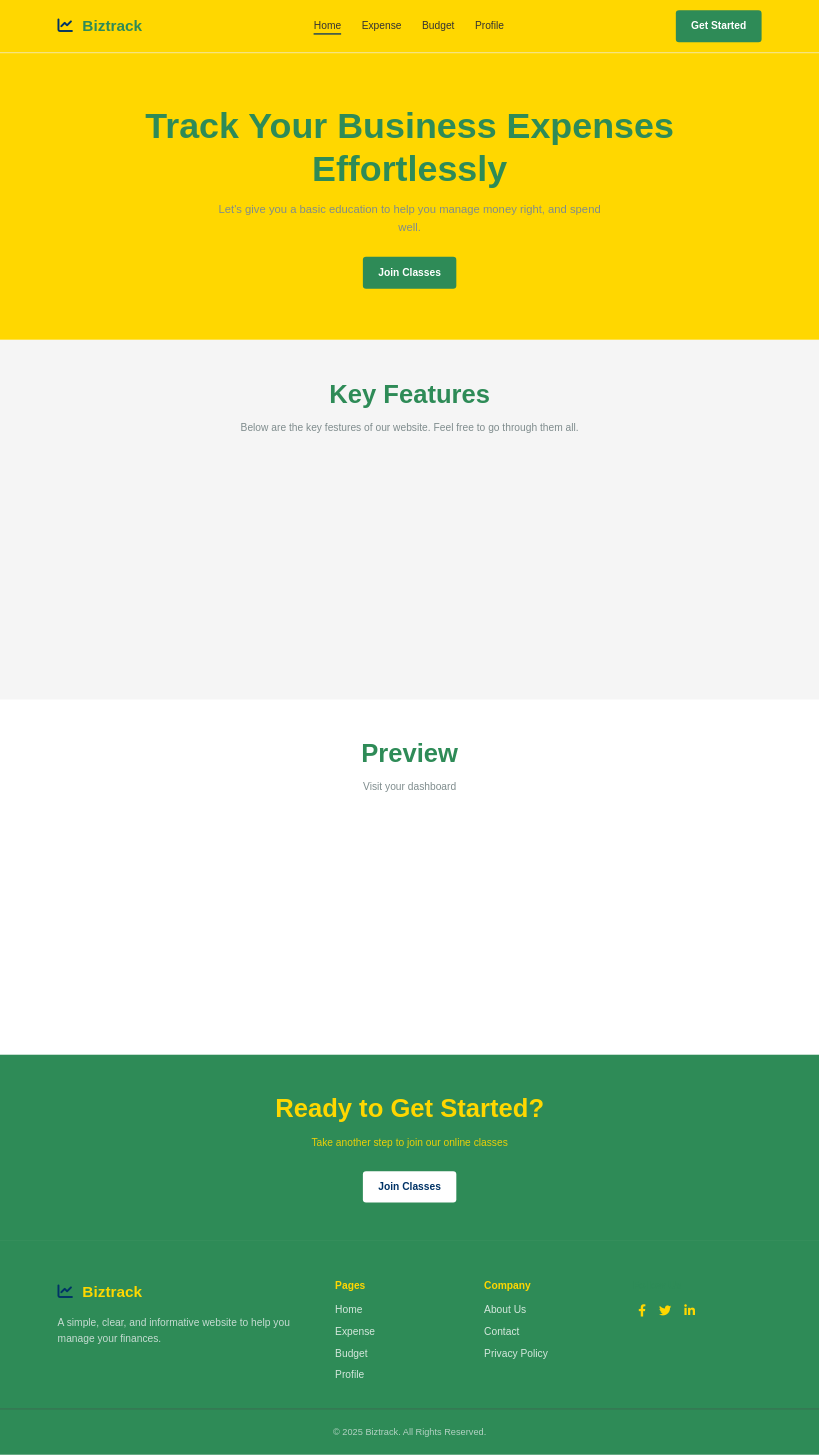
Repository: JoyUdoh106/wdd131
Page: project/index.html
These files come from the project's save history. The page is drawn as it stood at one moment and after the next save; the edit follows.
The browser window is 1280 px wide. The pictures show the whole page, at 64% of full size.

Above is the page before, as saved 2025-08-10 19:36:14.
Console error: TypeError: Cannot set properties of null (setting 'textContent')

### project/index.html
<!DOCTYPE html>
<html lang="en">
<head>
    <meta charset="UTF-8">
    <meta name="viewport" content="width=device-width, initial-scale=1.0">
    <title>BIZTRACK - Track Expense and Budget - HOME PAGE</title>
    <meta name="description" content="An informational website on tracking expenses and making budgets - Home page">
    <meta name="author" content="Joy Paulinus Udoh">

    <link rel="stylesheet" href="styles/project.css">
    <script src="scripts/project.js" defer></script>
    <link rel="stylesheet" href="styles/project-large.css">
    <link rel="stylesheet" href="https://cdnjs.cloudflare.com/ajax/libs/font-awesome/6.4.0/css/all.min.css">

    <link rel="preconnect" href="https://fonts.googleapis.com">
    <link rel="preconnect" href="https://fonts.gstatic.com" crossorigin>
    <link href="https://fonts.googleapis.com/css2?family=Merriweather:wght@300;400&family=Roboto:ital,wght@0,100..900;1,100..900&display=swap" rel="stylesheet">
</head>
<body>
    <header>
        <div class="container header-container">
            <a href="index.html" class="logo"><i class="fas fa-chart-line"></i> Biztrack</a>
            <nav class="main-nav">
                <ul class="nav-links">
                    <li><a href="index.html" class="nav-link active">Home</a></li>
                    <li><a href="expense.html" class="nav-link">Expense</a></li>
                    <li><a href="budget.html" class="nav-link">Budget</a></li>
                    <li><a href="profile.html" class="nav-link">Profile</a></li>
                </ul>
            </nav>
            <a href="#" class="btn btn-primary get-started-btn">Get Started</a>
            <button class="nav-toggle" id="nav-toggle-btn">
                <i class="fas fa-bars"></i>
            </button>
        </div>
    </header>

    <div class="mobile-nav" id="mobile-nav-menu">
        <a href="index.html" class="nav-link active">Home</a>
        <a href="expense.html" class="nav-link">Expense</a>
        <a href="budget.html" class="nav-link">Budget</a>
        <a href="profile.html" class="nav-link">Profile</a>
    </div>

    <main>
        <section class="hero-section">
            <div class="container">
                <h1>Track Your Business Expenses Effortlessly</h1>
                <p>Let's give you a basic education to help you manage money right, and spend well.</p>
                <a href="#" class="btn btn-primary">Join Classes</a>
            </div>
        </section>

        <section class="features-section">
            <div class="container">
                <h2>Key Features</h2>
                <p>Below are the key festures of our website. Feel free to go through them all.</p>
                <div class="features-grid">
                    <div class="feature-card reveal">
                        <i class="fas fa-file-invoice-dollar icon"></i>
                        <h3>Expense Tracking</h3>
                        <p>Learn how to track your expenses, and how you spend money daily, weekly and monthly.</p>
                    </div>
                    <div class="feature-card reveal">
                        <i class="fas fa-wallet icon"></i>
                        <h3>Budget Management</h3>
                        <p>Learn how to set up a budget, types of budget, and common mistakes to avoid while making a budget</p>
                    </div>
                    <div class="feature-card reveal">
                        <i class="fas fa-chart-pie icon"></i>
                        <h3>Analytics Dashboard</h3>
                        <p>Check out the profile page.</p>
                    </div>
                    <div class="feature-card reveal">
                        <i class="fas fa-file-alt icon"></i>
                        <h3>Report Generation</h3>
                        <p>Watch your progress.</p>
                    </div>
                </div>
            </div>
        </section>

        <section class="preview-section">
            <div class="container">
                <h2>Preview</h2>
                <p>Visit your dashboard</p>
                <div class="dashboard-preview reveal">
                    <i class="fas fa-desktop"></i>
                    <p>Dashboard Preview</p>
                </div>
            </div>
        </section>

        <section class="cta-section">
            <div class="container">
                <h2>Ready to Get Started?</h2>
                <p>Take another step to join our online classes</p>
                <a href="#" class="btn btn-light">Join Classes</a>
            </div>
        </section>
    </main>
     <footer>
        <div class="container footer-container">
            <div class="footer-about">
                <a href="index.html" class="logo"><i class="fas fa-chart-line"></i> Biztrack</a>
                <p>A simple, clear, and informative website to help you manage your finances.</p>
            </div>
            <div class="footer-links">
                <h4>Pages</h4>
                <ul>
                    <li><a href="index.html">Home</a></li>
                    <li><a href="expense.html">Expense</a></li>
                    <li><a href="budget.html">Budget</a></li>
                    <li><a href="profile.html">Profile</a></li>
                </ul>
            </div>
            <div class="footer-links">
                <h4>Company</h4>
                <ul>
                    <li><a href="#">About Us</a></li>
                    <li><a href="#">Contact</a></li>
                    <li><a href="#">Privacy Policy</a></li>
                </ul>
            </div>
            <div class="footer-social">
                <h4>Follow Us</h4>
                <div class="social-icons">
                    <a href="https://facebook.com/joypaulinusudoh"><i class="fab fa-facebook-f"></i></a>
                    <a href="https://twitter.com"><i class="fab fa-twitter"></i></a>
                    <a href="https://linkedin.com/in/joypaulinusudoh"><i class="fab fa-linkedin-in"></i></a>
                </div>
            </div>
        </div>
        <div class="footer-bottom">
            <p>&copy; 2025 Biztrack. All Rights Reserved.</p>
        </div>
    </footer>

    <nav class="mobile-bottom-nav">
        <a href="index.html" class="bottom-nav-link active">
            <i class="fas fa-home"></i>
            <span>Home</span>
        </a>
        <a href="expense.html" class="bottom-nav-link">
            <i class="fas fa-file-invoice-dollar"></i>
            <span>Expense</span>
        </a>
        <a href="budget.html" class="bottom-nav-link">
            <i class="fas fa-wallet"></i>
            <span>Budget</span>
        </a>
        <a href="profile.html" class="bottom-nav-link">
            <i class="fas fa-user"></i>
            <span>Profile</span>
        </a>
    </nav>

</body>
</html>

### project/styles/project.css
:root {
    --primary-color: #003366;
    --dark-color: #2e8b57;
    --light-color: #ffd700;
    --text-color: #333333;
    --bg-color: #f5f5f5;
    --grey-color: #7f8c8d;
    --border-color: #ecf0f1;
}

* {
    margin: 0;
    padding: 0;
    box-sizing: border-box;
}

body {
    font-family: 'Poppins', sans-serif;
    color: var(--text-color);
    background-color: #ffffff;
    line-height: 1.6;
}

.container {
    width: 90%;
    max-width: 1100px;
    margin: 0 auto;
}

a {
    text-decoration: none;
    color: var(--primary-color);
}

ul {
    list-style-type: none;
}

h1, h2, h3, h4 {
    color: var(--dark-color);
    line-height: 1.2;
    margin-bottom: 1rem;
}

h1 { font-size: 2.5rem; }
h2 { font-size: 2rem; }

section {
    padding: 60px 0;
}

.btn {
    display: inline-block;
    padding: 12px 24px;
    border-radius: 5px;
    font-weight: 600;
    transition: background-color 0.3s ease, color 0.3s ease;
    border: none;
    cursor: pointer;
}

.btn-primary {
    background-color: var(--dark-color);
    color: #ffffff;
}

.btn-primary:hover {
    background-color: #004488;
}

.btn-light {
    background-color: #ffffff;
    color: var(--primary-color);
}
.btn-light:hover {
    background-color: var(--border-color);
}

header {
    background-color: var(--light-color);
    border-bottom: 1px solid var(--border-color);
    padding: 1rem 0;
    position: sticky;
    top: 0;
    z-index: 1000;
}

.header-container {
    display: flex;
    justify-content: space-between;
    align-items: center;
}

.logo {
    font-size: 1.5rem;
    font-weight: 700;
    color: var(--dark-color);
}
.logo i {
    margin-right: 8px;
    color: var(--primary-color);
}

.main-nav { display: none; }
.nav-toggle {
    background: none;
    border: none;
    font-size: 1.5rem;
    color: var(--dark-color);
    cursor: pointer;
}
.get-started-btn { display: none; }

.mobile-nav {
    display: none;
    flex-direction: column;
    background-color: var(--light-color);
    position: fixed;
    top: 65px;
    left: 0;
    width: 100%;
    padding: 1rem 0;
    border-bottom: 1px solid var(--border-color);
    z-index: 999;
}
.mobile-nav.open {
    display: flex;
}
.mobile-nav a {
    padding: 1rem 5%;
    color: var(--dark-color);
    font-weight: 500;
}
.mobile-nav a.active {
    color: var(--primary-color);
    font-weight: 700;
}

.hero-section {
    background-color: var(--light-color);
    text-align: center;
    padding: 80px 0;
}
.hero-section h1 {
    font-size: 2.2rem;
}
.hero-section p {
    max-width: 600px;
    margin: 1rem auto 2rem;
    font-size: 1.1rem;
    color: var(--grey-color);
}

.features-section {
    background-color: var(--bg-color);
    text-align: center;
}
.features-section > .container > p {
    max-width: 600px;
    margin: 0 auto 3rem;
    color: var(--grey-color);
}
.features-grid {
    display: grid;
    grid-template-columns: 1fr;
    gap: 2rem;
}
.feature-card {
    background-color: var(--light-color);
    padding: 2rem;
    border: 1px solid var(--border-color);
    border-radius: 8px;
    text-align: left;
    transition: transform 0.3s ease, box-shadow 0.3s ease;
}
.feature-card:hover {
    transform: translateY(-5px);
    box-shadow: 0 10px 20px rgba(0,0,0,0.05);
}
.feature-card .icon {
    font-size: 2rem;
    color: var(--primary-color);
    background-color: #fffbeb;
    padding: 1rem;
    border-radius: 50%;
    margin-bottom: 1rem;
    display: inline-block;
}
.feature-card h3 {
    margin-bottom: 0.5rem;
}

.preview-section {
    text-align: center;
}
.preview-section p {
     max-width: 600px;
    margin: 0 auto 3rem;
    color: var(--grey-color);
}
.dashboard-preview {
    background-color: #e9ecef;
    border-radius: 8px;
    padding: 80px 20px;
    display: flex;
    flex-direction: column;
    justify-content: center;
    align-items: center;
    color: var(--grey-color);
}
.dashboard-preview i {
    font-size: 3rem;
    margin-bottom: 1rem;
}

.cta-section {
    background-color: var(--dark-color);
    color: var(--light-color);
    text-align: center;
}
.cta-section h2 { color: var(--light-color); }
.cta-section p {
    margin-bottom: 2rem;
    opacity: 0.9;
}

footer {
    background-color: var(--dark-color);
    color: var(--bg-color);
    padding-top: 60px;
}
.footer-container {
    display: grid;
    grid-template-columns: 1fr;
    gap: 2rem;
    text-align: center;
}
.footer-about .logo {
    color: var(--light-color);
}
.footer-about p {
    margin-top: 1rem;
    color: var(--border-color);
    opacity: 0.8;
}
.footer-links h4 {
    color: var(--light-color);
    margin-bottom: 1rem;
}
.footer-links ul li {
    margin-bottom: 0.5rem;
}
.footer-links a {
    color: #ffffff;
    opacity: 0.8;
    transition: opacity 0.3s ease;
}
.footer-links a:hover {
    opacity: 1;
}
.social-icons a {
    color: var(--light-color);
    font-size: 1.2rem;
    margin: 0 0.5rem;
    transition: color 0.3s ease;
}
.social-icons a:hover {
    color: var(--primary-color);
}

.footer-bottom {
    text-align: center;
    padding: 1.5rem 0;
    margin-top: 2rem;
    border-top: 1px solid #4a4a4a;
    font-size: 0.9rem;
    color: var(--border-color);
    opacity: 0.7;
}

.mobile-bottom-nav {
    position: fixed;
    bottom: 0;
    left: 0;
    width: 100%;
    background-color: var(--light-color);
    border-top: 1px solid var(--border-color);
    display: flex;
    justify-content: space-around;
    padding: 0.5rem 0;
    z-index: 1000;
}
.bottom-nav-link {
    display: flex;
    flex-direction: column;
    align-items: center;
    color: var(--grey-color);
    font-size: 0.75rem;
}
.bottom-nav-link i {
    font-size: 1.2rem;
    margin-bottom: 4px;
}
.bottom-nav-link.active {
    color: var(--primary-color);
}

body {
    padding-bottom: 70px;
}

.content-page {
    padding: 60px 0;
}
.content-page h1 {
    text-align: center;
}
.content-page .subtitle {
    text-align: center;
    font-size: 1.1rem;
    color: var(--grey-color);
    margin-bottom: 3rem;
}
.content-article {
    margin-bottom: 2.5rem;
    background: #fff;
    padding: 2rem;
    border: 1px solid var(--border-color);
    border-radius: 8px;
}
.content-article ul {
    list-style-type: disc;
    padding-left: 20px;
}
.content-article ul li {
    margin-bottom: 0.5rem;
}
.sample-data {
    background-color: var(--bg-color);
    border-left: 4px solid var(--primary-color);
    padding: 1rem;
    margin-top: 1rem;
    border-radius: 4px;
}

.reveal {
    opacity: 0;
    transform: translateY(20px);
    transition: opacity 0.6s ease-out, transform 0.6s ease-out;
}
.reveal.visible {
    opacity: 1;
    transform: translateY(0);
}

### project/scripts/project.js
document.addEventListener('DOMContentLoaded', () => {

    const currentYearSpan = document.getElementById('current-year');
    const currentYear = new Date().getFullYear();
    currentYearSpan.textContent = currentYear;

    const lastModifiedSpan = document.getElementById('last-modified');
    const lastModified = document.lastModified;
    lastModifiedSpan.textContent = lastModified;

    const menuButton = document.getElementById('menu-button');
    const nav = document.querySelector('nav');

    menuButton.addEventListener('click', () => {
        nav.classList.toggle('open');
        if (nav.classList.contains('open')) {
            menuButton.textContent = 'X';
        } else {
            menuButton.textContent = '☰';
        }
    });

});

### project/styles/project-large.css
@media (min-width: 768px) {
    h1 { font-size: 3rem; }
    h2 { font-size: 2.5rem; }

    .nav-toggle, .mobile-nav, .mobile-bottom-nav {
        display: none;
    }
    body { padding-bottom: 0; }

    .main-nav {
        display: block;
    }
    .nav-links {
        display: flex;
        gap: 2rem;
        align-items: center;
    }
    .nav-link {
        color: var(--text-color);
        font-weight: 500;
        position: relative;
    }
    .nav-link::after {
        content: '';
        position: absolute;
        width: 0;
        height: 2px;
        bottom: -5px;
        left: 0;
        background-color: var(--primary-color);
        transition: width 0.3s;
    }
    .nav-link:hover::after, .nav-link.active::after {
        width: 100%;
    }
    .get-started-btn { display: inline-block; }
    .hero-section h1 { font-size: 3.5rem; }

    .features-grid {
        grid-template-columns: repeat(2, 1fr);
    }

    .footer-container {
        grid-template-columns: 2fr 1fr 1fr 1fr;
        text-align: left;
    }
}

@media (min-width: 992px) {
    .features-grid {
        grid-template-columns: repeat(4, 1fr);
    }
}

After the next save:
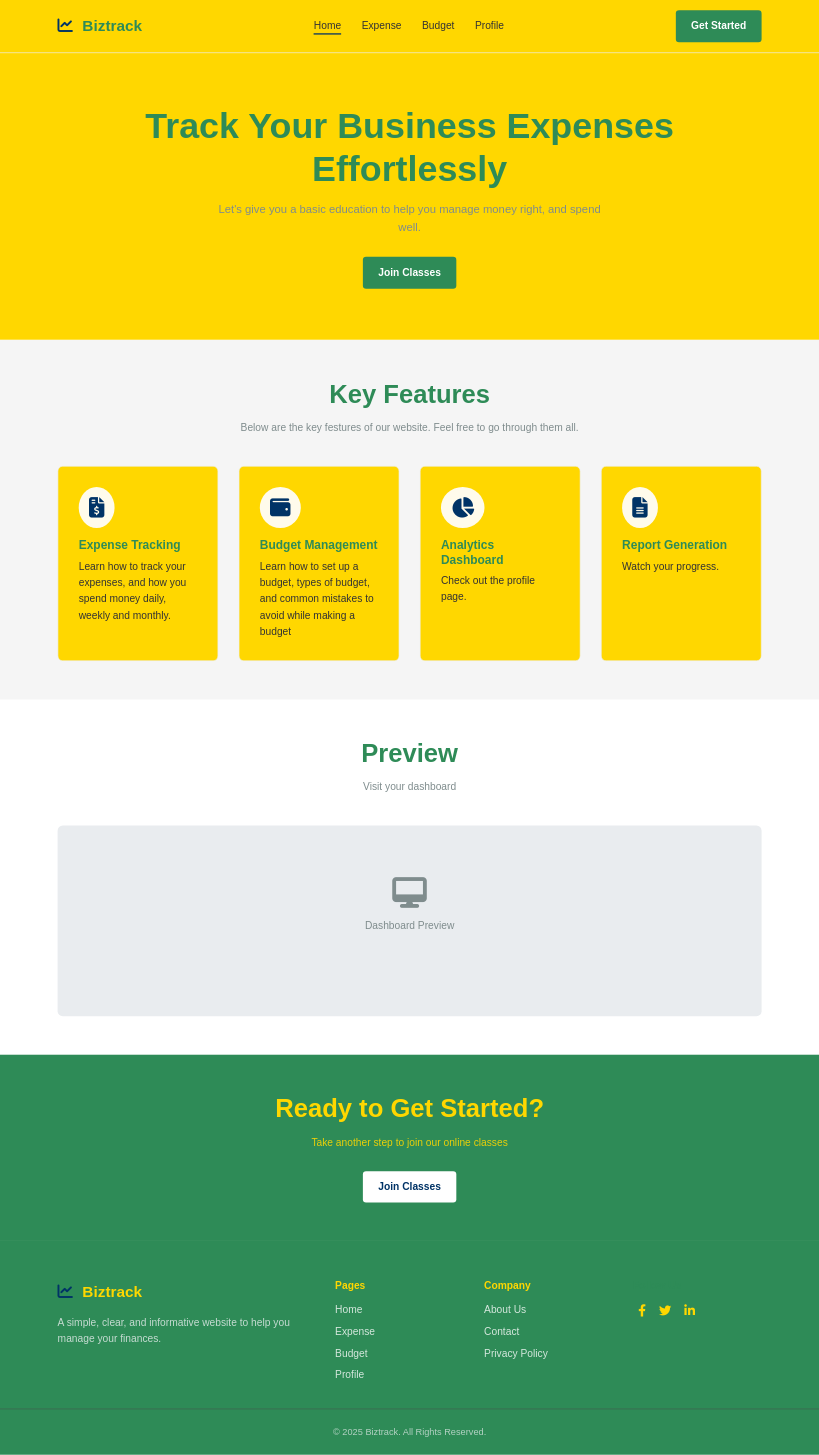
The error is gone.
Saved 2 min 22 s later.
--- a/project/scripts/project.js
+++ b/project/scripts/project.js
@@ -1,23 +1,64 @@
-document.addEventListener('DOMContentLoaded', () => {
+document.addEventListener('DOMContentLoaded', function() {
 
-    const currentYearSpan = document.getElementById('current-year');
-    const currentYear = new Date().getFullYear();
-    currentYearSpan.textContent = currentYear;
+    // 1. Mobile Menu Toggle
+    const navToggleBtn = document.getElementById('nav-toggle-btn');
+    const mobileNavMenu = document.getElementById('mobile-nav-menu');
 
-    const lastModifiedSpan = document.getElementById('last-modified');
-    const lastModified = document.lastModified;
-    lastModifiedSpan.textContent = lastModified;
+    if (navToggleBtn && mobileNavMenu) {
+        navToggleBtn.addEventListener('click', () => {
+            mobileNavMenu.classList.toggle('open');
+            // Change icon to 'x' when menu is open
+            const icon = navToggleBtn.querySelector('i');
+            if (mobileNavMenu.classList.contains('open')) {
+                icon.classList.remove('fa-bars');
+                icon.classList.add('fa-times');
+            } else {
+                icon.classList.remove('fa-times');
+                icon.classList.add('fa-bars');
+            }
+        });
+    }
 
-    const menuButton = document.getElementById('menu-button');
-    const nav = document.querySelector('nav');
+    // 2. Active Page Link Highlighting
+    const currentPath = window.location.pathname.split("/").pop();
+    const navLinks = document.querySelectorAll('.nav-link');
+    const bottomNavLinks = document.querySelectorAll('.bottom-nav-link');
 
-    menuButton.addEventListener('click', () => {
-        nav.classList.toggle('open');
-        if (nav.classList.contains('open')) {
-            menuButton.textContent = 'X';
+    // Handle case for root path (index.html)
+    const targetFile = currentPath === '' ? 'index.html' : currentPath;
+
+    navLinks.forEach(link => {
+        if (link.getAttribute('href') === targetFile) {
+            link.classList.add('active');
         } else {
-            menuButton.textContent = '☰';
+            link.classList.remove('active');
         }
     });
 
+    bottomNavLinks.forEach(link => {
+        if (link.getAttribute('href') === targetFile) {
+            link.classList.add('active');
+        } else {
+            link.classList.remove('active');
+        }
+    });
+
+    // 3. Scroll Reveal Animation
+    const revealElements = document.querySelectorAll('.reveal');
+
+    const revealObserver = new IntersectionObserver((entries, observer) => {
+        entries.forEach(entry => {
+            if (entry.isIntersecting) {
+                entry.target.classList.add('visible');
+                observer.unobserve(entry.target);
+            }
+        });
+    }, {
+        threshold: 0.1 // Trigger when 10% of the element is visible
+    });
+
+    revealElements.forEach(element => {
+        revealObserver.observe(element);
+    });
+
 });
